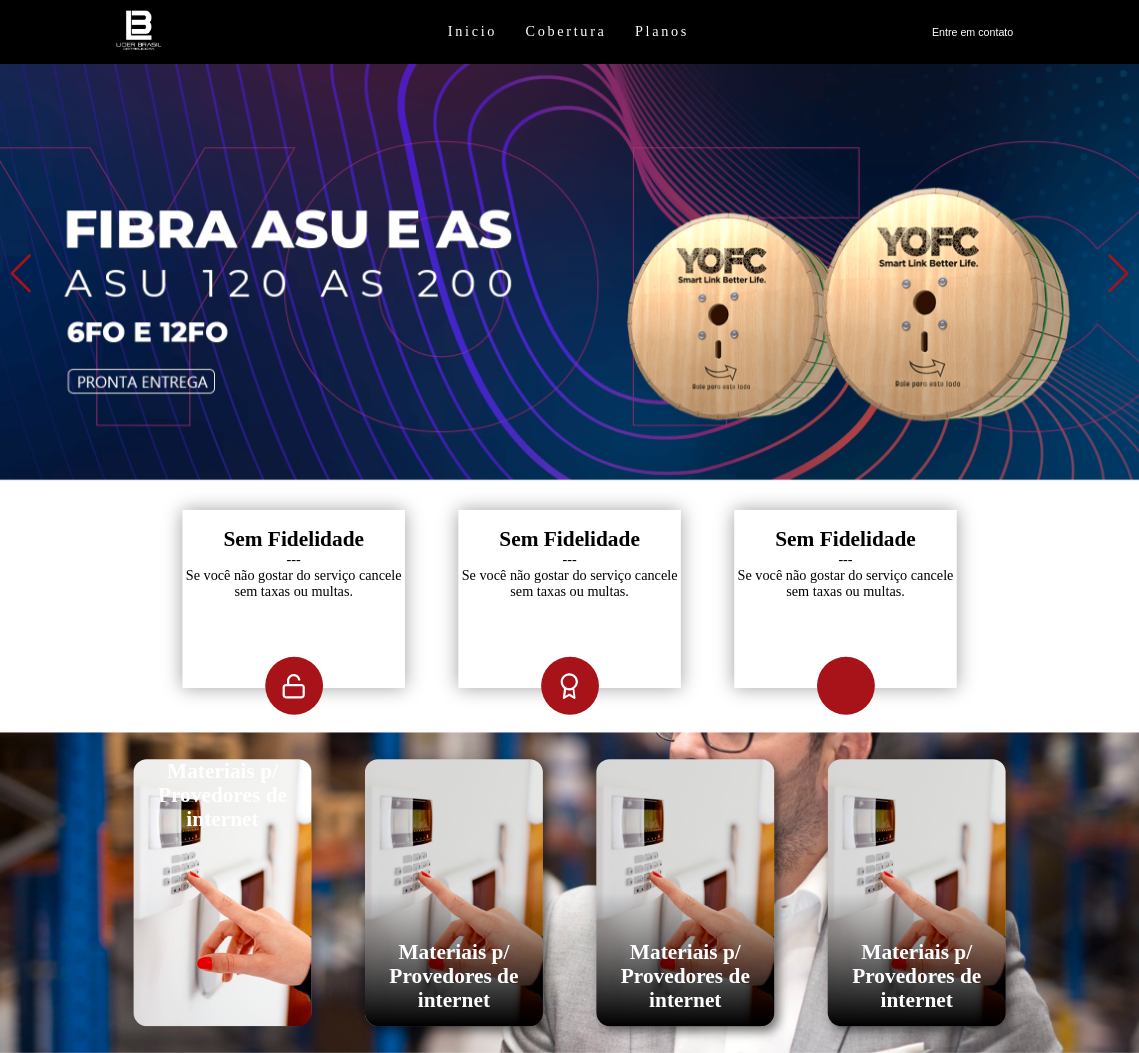
Repository: mateus-henrique-silva/Novo_institucional_lider
Page: index.html
An editor plug-in stored every save of this project. The page is shown before and after the next save, followed by the edit.
The browser window is 1280 px wide. The pictures show the whole page, at 89% of full size.
Backgrounds fixed to the window are drawn as part of the page. Some web fonts or font styles are not loaded; a fallback is used.

Above is the page before, as saved 2022-09-06 10:30:44.
Console error: SyntaxError: Identifier 'MobileNavbar' has already been declared

### index.html
<!DOCTYPE html>
<html lang="en">
  <head>
    <meta charset="UTF-8" />
    <meta http-equiv="X-UA-Compatible" content="IE=edge" />
    <meta name="viewport" content="width=device-width, initial-scale=1.0" />
    <meta
      name="viewport"
      content="width=device-width, user-scalable=yes, initial-scale=1.0, maximum-scale=10, minimum-scale=1.0"
    />
    <link rel="stylesheet" href="./src/CSS/Global.css" />
    <link rel="stylesheet" href="./src/CSS/Header/style.css" />
    <link rel="stylesheet" href="./src/CSS/Main/style.css" />
    <link rel="stylesheet" href="./src/CSS/Main/Carousel/styles.css" />
    <link rel="stylesheet" href="./src/CSS/Main/Box/style.css" />
    <link rel="stylesheet" href="./src/CSS/Main/Products/style.css" />
    <link
      rel="stylesheet"
      href="https://unpkg.com/swiper@8/swiper-bundle.min.css"
    />

    <title>Líder Brasil</title>
  </head>
  <body>
    <header>
      <nav>
        <a class="logo"
          ><img src="./src/Assets/Logo/lb.png" width="50" alt=""
        /></a>
        <div class="mobile-menu">
          <div class="line1"></div>
          <div class="line2"></div>
          <div class="line3"></div>
        </div>
        <ul class="nav-list">
          <li><a href="#network index.html">Inicio</a></li>
          <li><a href="#map-container">Cobertura</a></li>
          <li><a href="#container">Planos</a></li>
        </ul>
        <ul>
          <li style="list-style: none; font-size: 10px">
            <a
              href="#"
              style="
                font-size: 12px;
                padding: 10px;
                font-family: arial;
                color: white;
              "
              onclick="openForm()"
              class="contact-header"
              >Entre em contato</a
            >
          </li>
        </ul>
      </nav>
    </header>
    <main>
      <section>
        <div class="swiper">
          <div class="swiper-wrapper">
            <div class="swiper-slide">
              <div class="project-img">
                <img
                  src="./src/Assets/img/carrossel/desktop/drop-desktop.png"
                  alt="Foto 01"
                />
              </div>
              <div class="project-img" id="mobile-img">
                <img
                  src="./src/Assets/img/carrossel/mobile/drop-mobile.png"
                  alt="Foto 03"
                />
              </div>
            </div>
            <div class="swiper-slide">
              <div class="project-img">
                <img
                  src="./src/Assets/img/carrossel/desktop/escada-desktop.png"
                  alt="Foto 01"
                />
              </div>
              <div class="project-img" id="mobile-img">
                <img
                  src="./src/Assets/img/carrossel/mobile/escada-mobile.png"
                  alt="Foto 03"
                />
              </div>
            </div>
            <div class="swiper-slide">
              <div class="project-img">
                <img src="./src/Assets/img/teste6.png" alt="Foto 01" />
              </div>
              <div class="project-img" id="mobile-img">
                <img src="./src/Assets/img/foto_03.png" alt="Foto 03" />
              </div>
            </div>
          </div>
          <div class="swiper-button-next"></div>
          <div class="swiper-button-prev"></div>
          <div class="swiper-pagination"></div>
        </div>
      </section>
      <section>
        <div class="section-box">
          <!-- card 1 -->

          <ul>
            <li class="box">
              <div class="box-inter">
                <h1>Sem Fidelidade</h1>
                <p>---</p>

                <p>
                  Se você não gostar do serviço cancele sem taxas ou multas.
                </p>
              </div>

              <div class="obj">
                <img
                  src="./src/Assets/img/icons/unlock.svg"
                  alt="arrowup"
                  srcset=""
                />
              </div>
            </li>
            <!-- card 2 -->
            <li class="box">
              <div class="box-inter">
                <h1>Sem Fidelidade</h1>
                <p>---</p>

                <p>
                  Se você não gostar do serviço cancele sem taxas ou multas.
                </p>
              </div>

              <div class="obj">
                <img
                  src="./src/Assets/img/icons/award.svg"
                  alt="arrowup"
                  srcset=""
                />
              </div>
            </li>
            <!-- card 3 -->
            <li class="box">
              <div class="box-inter">
                <h1>Sem Fidelidade</h1>
                <p>---</p>

                <p>
                  Se você não gostar do serviço cancele sem taxas ou multas.
                </p>
              </div>

              <div class="obj">
                <img
                  src="./src/Assets/img/icons/chevrons-up.svg"
                  alt="arrowup"
                  srcset=""
                />
              </div>
            </li>
          </ul>
        </div>
      </section>

      <section>
        <div class="background">
          <img
            class="img"
            src="./src/Assets/img/icons/aBlack.svg"
            alt=""
            srcset=""
          />

          <ul>
            <li>
              <div class="products">
                <button>text</button>
                <div>
                  <h2>Materiais p/ Provedores de internet</h2>
                </div>

              </div>
            </li>

            <li>

              <div class="products">
                <div class="back-radient">
                <button>text</button>
                <div>
                  <h2>Materiais p/ Provedores de internet</h2>
                </div>

              </div>
            </div>
            </li>

              <li>

              <div class="products">
                <div class="back-radient">
                <button>text</button>
                <div>
                  <h2>Materiais p/ Provedores de internet</h2>
                </div>

              </div>
            </div>
            </li>
              <li>

              <div class="products">
                <div class="back-radient">
                <button>text</button>
                <div>
                  <h2>Materiais p/ Provedores de internet</h2>
                </div>

              </div>
            </div>
            </li>
          </ul>
        </div>
      </section>
    </main>
    <footer></footer>
    <script src="https://unpkg.com/swiper@8/swiper-bundle.min.js"></script>
    <script src="./src/Scripts/Carousel/scripts.js"></script>
    <script src="./src/Scripts/Mobile/scripts.js"></script>
    <script src="./src/Scripts/Global.js"></script>
  </body>
</html>

### src/CSS/Global.css
@import url("https://fonts.googleapis.com/css2?family=Montserrat:ital,wght@0,100;0,200;0,300;0,400;0,500;0,600;0,700;0,800;0,900;1,100;1,200;1,300;1,400;1,500;1,600;1,700;1,800;1,900&family=Source+Serif+Pro:ital,wght@0,200;0,300;0,400;0,600;0,700;0,900;1,200;1,300;1,400;1,600;1,700;1,900&display=swap");

* {
  font-family: 'Source Serif Pro', serif;
  margin: 0;
  padding: 0;
  border: 0;

}


body{

}

### src/CSS/Header/style.css
header {
  width: 100%;
  background-color: black;
  margin-top: 0;
}
a {
  color: black;
  text-decoration: none;
  transition: 0.3s;
}

a:hover {
  opacity: 0.7;
}

.logo {
  align-items: center;
  width: 6%;

  text-transform: uppercase;
  letter-spacing: 4px;
}

.logo h1 {
  font-size: 12px;
}

nav {
  display: flex;
  z-index: 1;

  width: 100%;
  margin-top: 0;

  justify-content: space-around;
  align-items: center;
  background-color: black;
  height: 10vh;
}

.nav-list {
  text-align: center;
  justify-content: center;
  list-style: none;
  display: flex;
  z-index: 1;
}

.nav-list li {
  letter-spacing: 3px;
  margin-left: 32px;
}
.nav-list li a {
  color: white;
}
.nav-list li a:hover {
  color: #ff073b;
}

.mobile-menu {
  display: none;
  margin-left: 80px;
  cursor: pointer;
}

.mobile-menu div {
  transition: 0.3s;

  width: 32px;
  height: 2px;
  background: white;
  margin: 8px;
}

@media (max-width: 950px) {
  body {
    overflow-x: hidden;
  }

  .nav-list {
    position: absolute;
    top: 7vh;
    right: 0;
    width: 100vw;
    height: 100vh;
    background-color: white;
    flex-direction: column;
    color: white;
    /* align-items: center; */
    display: none;
    justify-content:flex-start;
    transition: 0.4s ease-in;
    /* justify-content: space-around; */
    transform: translateX(100%);
  }

  .nav-list li {
    margin-top:100px;
    margin-left: 0;
    opacity: 0;
  }

  .mobile-menu {
    display: block;
  }
  .contact-header {
    display: none;
  }

  .logo {
    margin-left:10px;
    width: 60%;
  }
}

.nav-list.active {
  transition: 0.3s;
  overflow-y: hidden;
  position: fixed;
  z-index: 10000;
  background-color: black;
  transform: translateX(0);
  display: flex;
}

.nav-list.active li {
  color: white!important;
  font-weight:bold;
}

.nav-list.active li {
  color: white;
}

@keyframes navLinkFade {
  from {
    opacity: 0;
    transform: translateX(50px);
  }

  to {
    opacity: 1;
    transform: translateX(0);
  }
}

.mobile-menu.active .line1 {
  transform: rotate(-45deg) translate(-8px, 8px);
}

.mobile-menu.active .line2 {
  opacity: 0;
}

.mobile-menu.active .line3 {
  transform: rotate(45deg) translate(-5px, -7px);
}

### src/CSS/Main/style.css
main{
    width: 100%;
    height: 100%;

    max-width: 100vw;
}


section{

    width: 100%;
    max-width: 100vw;
    height: 100%;
}


ul li {
    list-style: none;
}

### src/CSS/Main/Carousel/styles.css
.swiper {
    height: 100%!important;

  }

  .swiper-slide {
    text-align: center;
    display: flex;
    height: 100%!important;
    align-items: center;
    justify-content: center;
  }

  @media (max-width: 450px) {
    .swiper {
      height: 270px;
    }

    .project-img img{
      width: 100%;
      height: 100%!important;
    }
  }

  .project-img img{
    width: 100%;
    /* height: 80vh; */
  }



  .swiper-pagination-bullet{
    color: white !important;
    /* margin-top:-10px!important; */
    background-color:white !important;
  }

  /*
    largura => 3840
    Altura => 420

  */


  .swiper-button-next:after, .swiper-button-prev:after{
    color:#a71319 !important;
  }

  #mobile-img{
    display: none;
  }


  @media(max-width:999px){
    #mobile-img{
      display: block!important;
    }


    .project-img{
      display:none;
    }
  }


.menu{
  display:flex;
  flex-direction:column;
}

### src/CSS/Main/Box/style.css
.section-box {
  width: 100%;

  justify-content: center;
  align-items: center;
  display: flex;
}

.box {
  display: flex;
  flex-direction: column;
  /* justify-content: center; */

  justify-content: flex-end;
  align-items: center;
  height: 100%;
  margin: 30px;
  margin-bottom: 20px;
  /* width: 100%; */
  /* background-color: red; */
}

@media (max-width: 770px) {
  .section-box {
    width: 100%;
    justify-content: space-around;
    flex-direction: column;
    display: flex;
  }

  .box-inter {
    background-color: white;
    height: 100px;
    width: 200px;
    /* width: 100%; */
  }
}

@media (max-width: 480px) {
  .box-inter {
    height: 170px !important;
    width: 170px !important;
    /* width: 100%; */
  }

  .obj {
    height: 45px !important;

    margin-top: -35px;
    width: 45px !important;
  }

  .obj img {
    width: 20px !important;
  }
}

.box-inter {
  background-color: white;
  height: 200px;
  width: 250px;
  -webkit-box-shadow: 0px 0px 20px 0px rgba(0, 0, 0, 0.37);
  box-shadow: 0px 0px 20px 0px rgba(0, 0, 0, 0.37);
  display: flex;

  flex-direction: column;
  align-items: center;
  text-align: center;

  /* width: 100%; */
}

.box-inter h1 {
  margin-top: 20px;
  font-size: clamp(1em, 1em + 1vw, 1.5em);
}

.box p {
  font-size: clamp(1em, 1em + 0.5vw, 0.5em);
}
.obj {
  background-color: #a71319;
  height: 65px;

  border-radius: 50%;
  display: flex;
  align-items: center;
  justify-content: center;
  margin-top: -35px;
  width: 65px;
}

.obj img {
  width: 30px;
}

.section-box ul {
  display: flex;
  overflow-x: auto;
  width: 100%;
  justify-content: center;
  scroll-behavior: smooth;
}

.section-box .img-arrow {
  display: none;
}

@media (max-width: 600px) {
  .section-box .img-arrow {
    display: flex;
    justify-content: flex-end;

    animation: mymove 0.8s infinite;
  }
  .section-box ul {
    display: flex;
    overflow-x: auto;
    width: 100%;
    justify-content: flex-start;
    scroll-behavior: smooth;
  }
  @keyframes mymove {
    from {
      left: 280px;
    }
    to {
      left: 300px;
    }
  }
}

### src/CSS/Main/Products/style.css
.background {
  width: 100%;
  background: url("../../../Assets/img/Background/medio.jpg") no-repeat center
    fixed;
  height: 100%;
  display: flex;
  justify-content: space-around;
  justify-content: center;
  align-items: center;
}
.background ul {
  display: flex;
  overflow-x: auto;
  overflow-y: hidden;
  scroll-behavior: smooth;
  /* width: 100px; */
}
.background img {
  display: none;
}

.background ul li .products .img {
  display: flex;
}

.products {
  margin: 30px;
  background: url("../../../Assets/img/Background/products/alarme.png")
    no-repeat center;
    border-radius:15px;

  background-size: 100%;

  height: 300px;
  width: 200px;
  -webkit-box-shadow: 0px 0px 20px 0px rgba(0, 0, 0, 0.2) !important;
  box-shadow: 0px 0px 20px 0px rgba(0, 0, 0, 0.2) !important;
  background-color: white;
  display: flex;
  text-align: center;
  flex-direction: column;
  align-items: center;
  box-sizing: border-box;
  transition: 0.5s;
}

.products div h2 {
  margin-bottom: 15px;
   color:white;
  transition:2s;
}
.products:hover .back-radient {
  align-items: center;
  justify-content: center;
  transition:2s;
}
.products:hover div h2 {

  display: none;
}
@media (max-width: 600px) {
  .background .img {
    position: absolute;
    margin-top: 170px;
    display: flex;
    justify-content: flex-end;
    animation: mymove 0.8s infinite;
  }

  @keyframes mymove {
    from {
      left: 280px;
    }
    to {
      left: 300px;
    }
  }
}

.products button {
  background-color: black;
  display: none;
  color: white;
  cursor: pointer;
  transition: 0.7s;
  padding: 8px 25px 8px;
}

button:hover {
  text-decoration: underline;
}

.products:hover button {
  background-color: black;
  display: flex;

  color: white;
  cursor: pointer;
  padding: 8px 25px 8px;
}
.back-radient{
  width: 100%;
height: 100%;

transition: 0.7s;
display: flex;
align-items: flex-end;
background: linear-gradient(180deg, rgba(0, 0, 0, 0.0962963) 50%, #000000 100%);
box-shadow: 5px 6px 11px rgba(0, 0, 0, 0.45);
border-radius: 15px;
}

### src/Scripts/Mobile/scripts.js
class MobileNavbar{


    constructor(mobileMenu, navList, navLinks){
        this.mobileMenu = document.querySelector(mobileMenu);
        this.navList = document.querySelector(navList);
        this.navLinks = document.querySelectorAll(navLinks);
        this.activeClass = "active";
        this.hadleClick =  this.hadleClick.bind(this);


    }

    animateLinks(){
        this.navLinks.forEach((link, index)=>{

            var calc = index/7+0.3;


            link.style.animation
            ?(link.style.animation="")
            :(link.style.animation= `navLinkFade 0.5s ease forwards ${calc}s`);


        });


    }


    hadleClick(){


        this.navList.classList.toggle(this.activeClass);
        this.mobileMenu.classList.toggle(this.activeClass);
        this.animateLinks();
    }

    addClickEvent(){
        this.mobileMenu.addEventListener("click", this.hadleClick);


    }

    init(){

        if(this.mobileMenu){

            this.addClickEvent();
        }
        return this;
    }
    }



    const mobileNavbar = new MobileNavbar(

        ".mobile-menu",

        ".nav-list",

        ".nav-list li",


        );


    mobileNavbar.init();

### src/Scripts/Global.js
document.onmousedown=disableclick;
function disableclick(event)
{
  if(event.button==2)
   {
     return false;
   }
}

### src/Assets/img/icons/award.svg
<?xml version="1.0" encoding="utf-8"?>
<!-- Generator: Adobe Illustrator 24.0.1, SVG Export Plug-In . SVG Version: 6.00 Build 0)  -->
<svg version="1.1" id="Camada_1" xmlns="http://www.w3.org/2000/svg" xmlns:xlink="http://www.w3.org/1999/xlink" x="0px" y="0px"
	 viewBox="0 0 24 24" style="enable-background:new 0 0 24 24;" xml:space="preserve">
<style type="text/css">
	.st0{fill:#FFFFFF;}
</style>
<path class="st0" d="M19.5,8.1c0-4.3-3.5-7.7-7.7-7.7S4,3.9,4,8.1c0,2.5,1.2,4.7,3,6.1l-1.1,8.3c0,0.4,0.1,0.7,0.4,0.9
	c0.3,0.2,0.7,0.2,1,0l4.3-2.6l4.3,2.6c0.2,0.1,0.3,0.1,0.5,0.1c0.2,0,0.4-0.1,0.5-0.2c0.3-0.2,0.5-0.6,0.4-0.9l-1.1-8.3
	C18.3,12.8,19.5,10.6,19.5,8.1z M5.9,8.1c0-3.2,2.6-5.8,5.8-5.8s5.8,2.6,5.8,5.8s-2.6,5.8-5.8,5.8S5.9,11.3,5.9,8.1z M15.4,20.8
	l-3.1-1.9c-0.3-0.2-0.7-0.2-1,0l-3.1,1.9l0.7-5.5c0.9,0.4,1.9,0.6,2.9,0.6c1,0,2-0.2,2.9-0.6L15.4,20.8z"/>
</svg>

### src/Assets/img/icons/chevrons-up.svg
<svg xmlns="http://www.w3.org/2000/svg" width="24" height="24" viewBox="0 0 24 24" fill="none" stroke="" stroke-width="2" stroke-linecap="round" stroke-linejoin="round" class="feather feather-chevrons-up"><polyline points="17 11 12 6 7 11"></polyline><polyline points="17 18 12 13 7 18" color="white"></polyline></svg>

After the next save:
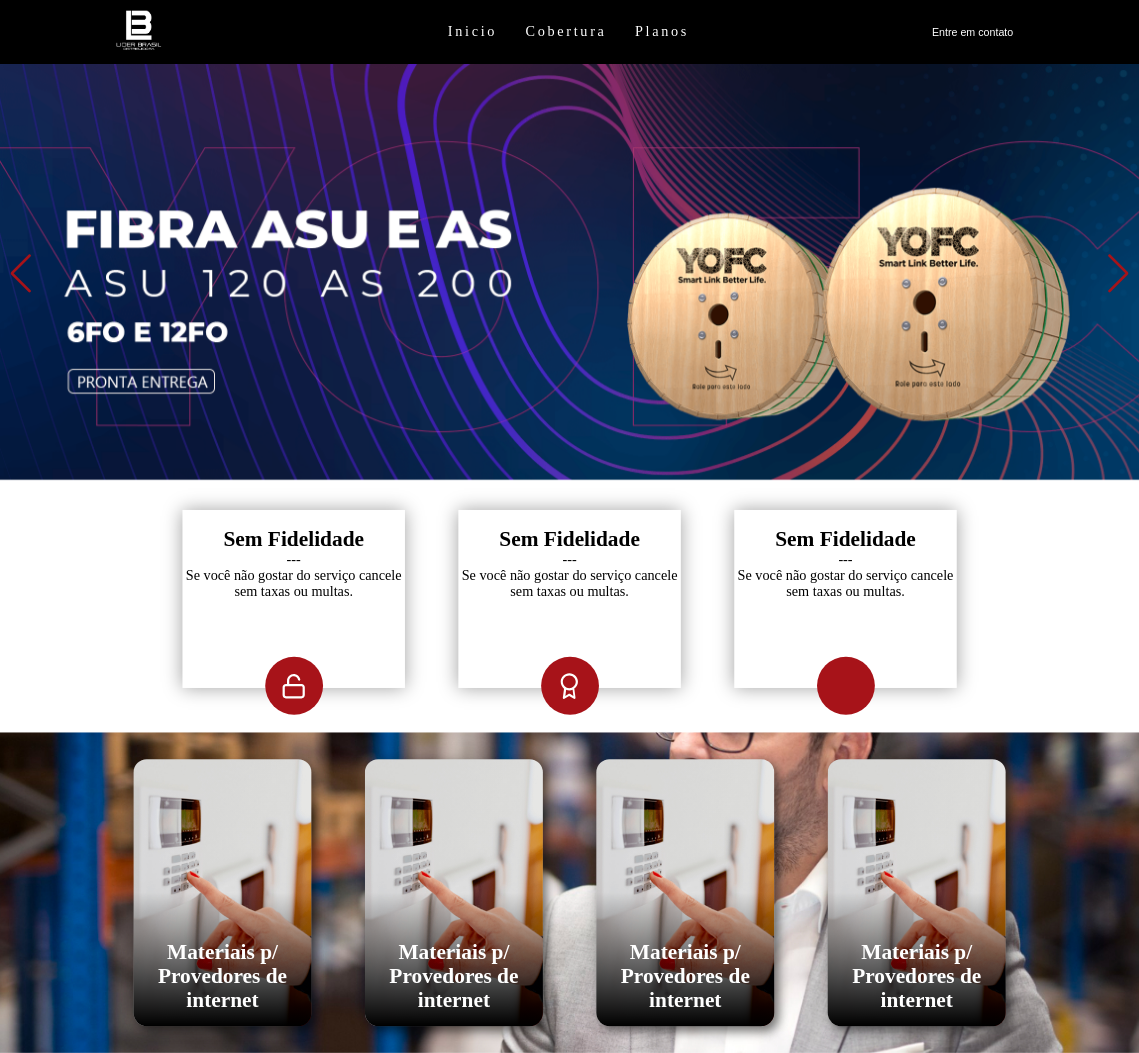
Saved 7 s later.
--- a/index.html
+++ b/index.html
@@ -177,13 +177,16 @@
 
           <ul>
             <li>
-              <div class="products">
-                <button>text</button>
-                <div>
-                  <h2>Materiais p/ Provedores de internet</h2>
-                </div>
-
-              </div>
+
+              <div class="products">
+                <div class="back-radient">
+                <button>text</button>
+                <div>
+                  <h2>Materiais p/ Provedores de internet</h2>
+                </div>
+
+              </div>
+            </div>
             </li>
 
             <li>
